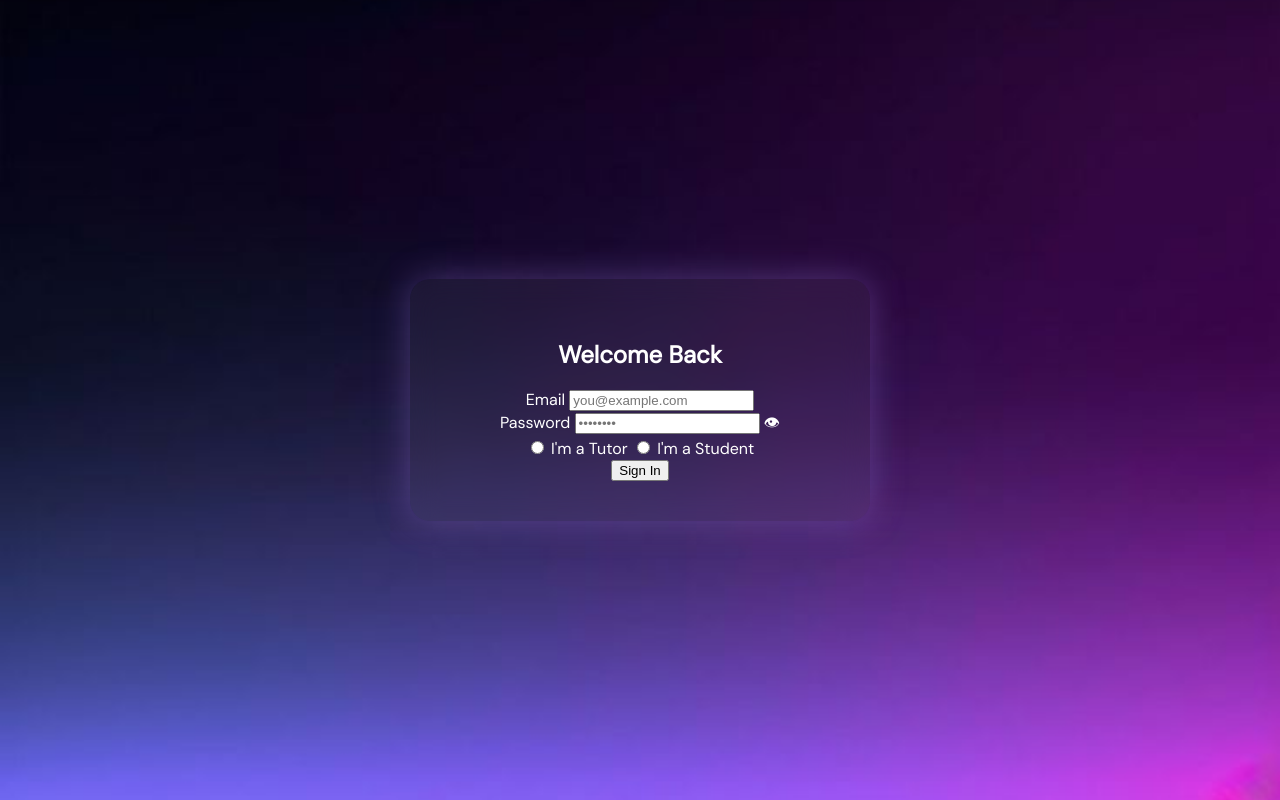
Repository: damndana/UIREN
Page: http://localhost/signin/
The author's editor kept a copy of each file at every save. The page is drawn from the files as they stood at one save, then again after the next save.
The browser window is 1280 px wide. The pictures show the whole page.
The page is served by the project's application, run on Django 5.2 (manage.py).

Above is the page before, as saved 2025-03-28 23:18:04.

After the next save:
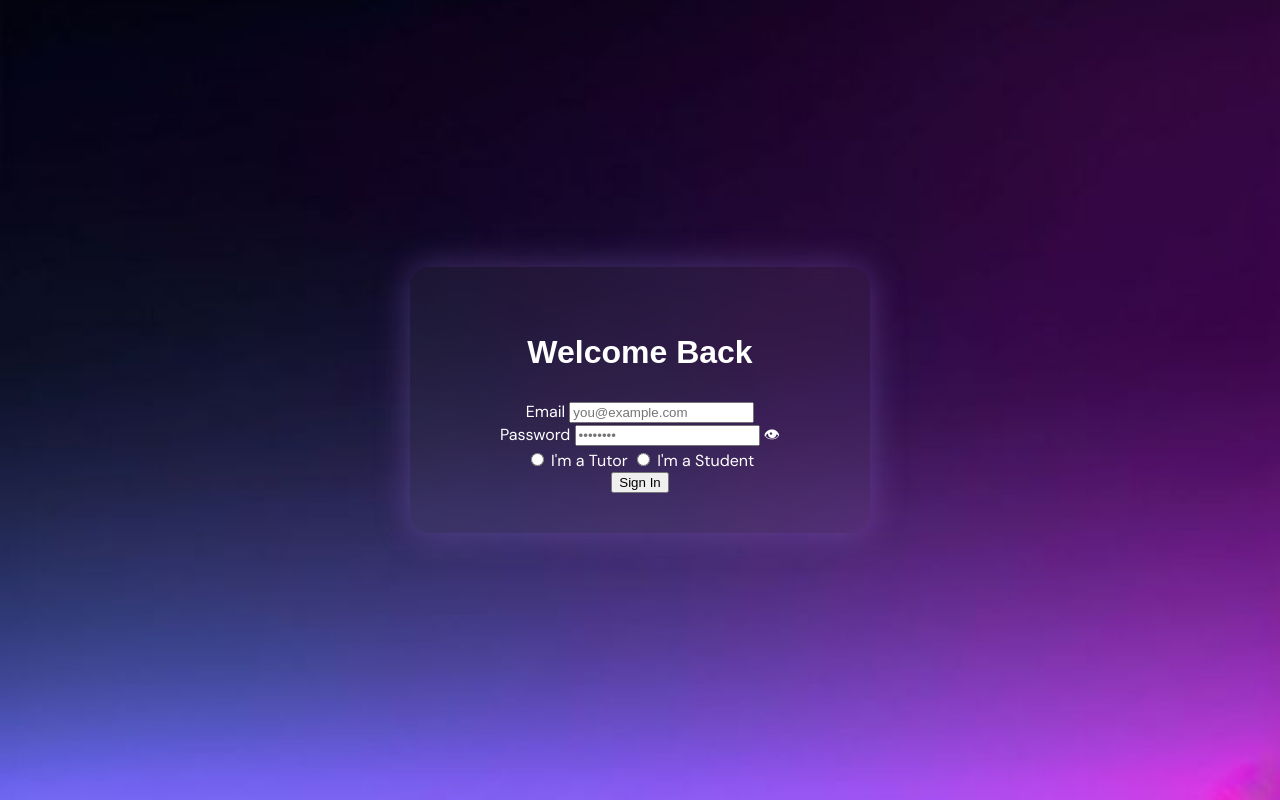
Saved 7 s later.
--- a/main/templates/signin.html
+++ b/main/templates/signin.html
@@ -11,7 +11,7 @@
 <body class="signin-page-body" style="background: url('{% static 'animations/background.jpeg' %}') no-repeat center center; background-size: cover;">
 
   <div class="signin-page-container">
-    <h2 class="signin-title">Welcome Back</h2>
+    <h2 class="signin-page-title">Welcome Back</h2>
     <form method="POST" class="signin-form">
       {% csrf_token %}
 
